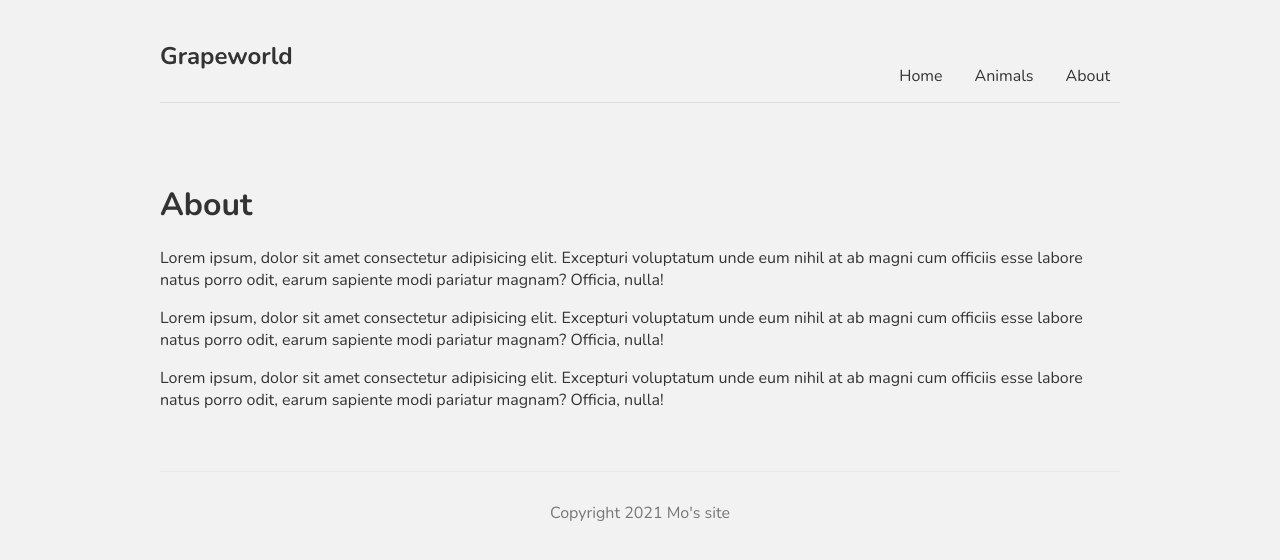
Repository: technogize/next-test-site
Page: /about
These files come from the project's save history. The page is drawn as it stood at one moment and after the next save; the edit follows.
The browser window is 1280 px wide. The pictures show the whole page.
The project was rebuilt for these pictures with package versions that can differ from the ones it lists, and the page was loaded fresh each time. The framework's server and built-in components were replaced by stand-ins that run in the browser.

Above is the page before, as saved 2021-10-02 20:24:13.

After the next save:
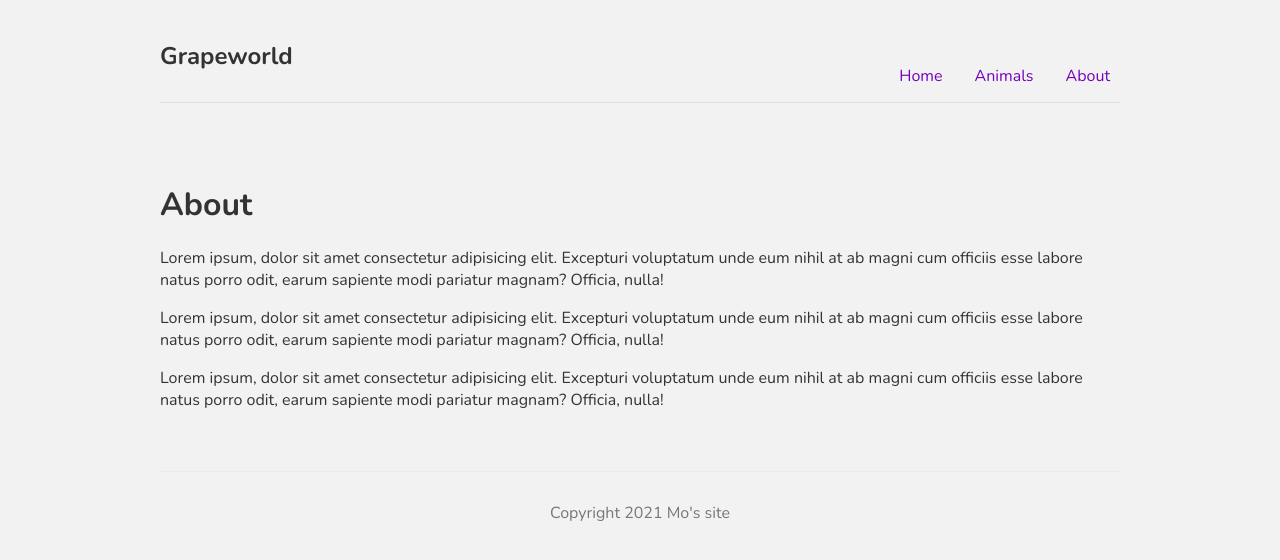
Saved 37 s later.
--- a/styles/globals.css
+++ b/styles/globals.css
@@ -6,7 +6,7 @@ body {
   font-family: "Nunito";
 }
 a {
-  color: #333;
+  color: rgb(117, 0, 185);
   text-decoration: none;
 }
 .content {
